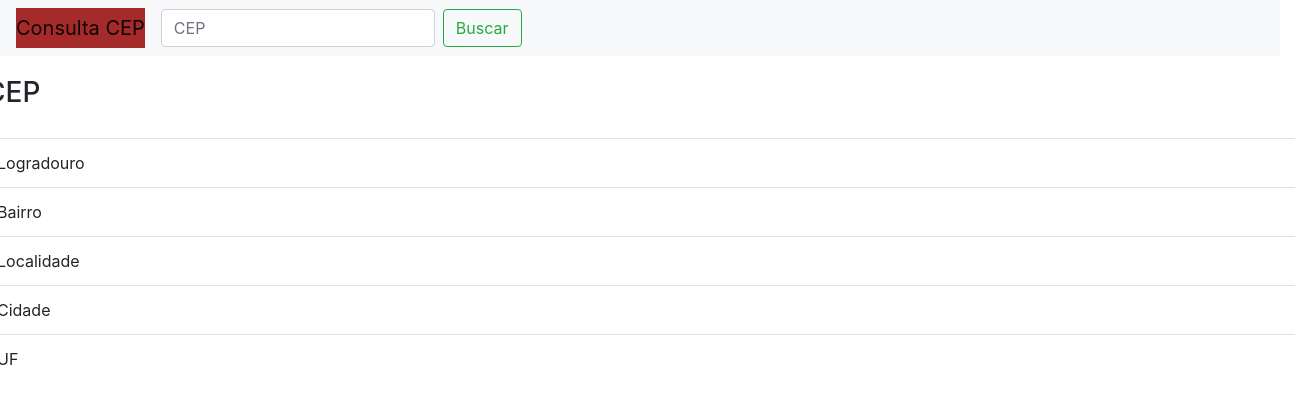
Repository: DaniloBaracho/jquery
Page: index.html
An editor plug-in stored every save of this project. The page is shown before and after the next save, followed by the edit.
The browser window is 1280 px wide. The page is 1295 px wide, so the pictures cover 1295 px, including what lies to the right of the window. The pictures show the whole page.

Above is the page before, as saved 2020-06-19 18:42:08.

### index.html
<!DOCTYPE html>
<html lang="pt-br">
    <head>
        <meta charset="utf-8"/>
        <title>
            Página AJAX
        </title>
        <script type="text/javascript" src="js/jquery-3.5.1.min.js"></script>
        <script type="text/javascript" src="js/main.js"></script>
        <link rel="stylesheet" type="text/css" href="bootstrap/css/bootstrap.min.css">
        <link rel="stylesheet" type="text/css" href="js/mystyle.css">
    </head>
    <body>
       <!---- <input id="cep">
        <button type="button" onclick="ConsultaCep()">Consultar cep</button>
        <p id="logradouro"></p>
        <p id="bairro"></p>
        <p id="uf"></p>
        <p id="localidade"></p>-->
        <nav class="navbar navbar-expand-lg navbar-light bg-light">
            <a class="text-custom navbar-brand">Consulta CEP</a>
              <div class="form-inline my-2 my-lg-0">
                <input class="form-control mr-sm-2" placeholder="CEP" type="search" id="cep2">
                <button class="btn btn-outline-success my-2 my-sm-0" onclick="ConsultaCep2()">Buscar</button>
              </div>

          </nav>
          <div class="orgtable" style="margin-top: 20px;">
              <div class="row">
                <h3>CEP</h3>
              </div>
              <div class="row" style="margin-top: 20px;">
                  <table class="table">
                    <tbody>
                        <tr>
                            <td>
                               Logradouro
                            </td>
                            <td id="logradouro">

                            </td>
                        </tr>
                        <tr>
                            <td>
                                Bairro
                            </td>
                            <td id="bairro">

                            </td>
                        </tr>
                        <tr>
                            <td>
                                Localidade
                            </td>
                            <td id="localidade">

                            </td>
                        </tr>
                        <tr>
                            <td>
                                Cidade
                            </td>
                            <td id="cidade">

                            </td>
                        </tr>
                        <tr>
                            <td>UF</td>
                            <td id="uf"></td>
                        </tr>

                    </tbody>
                  </table>
              </div>
          </div>
    </body>
</html>

### js/main.js
//alert("funcionou");
function ConsultaCep(){
    var cep= document.getElementById("cep").value
    $.ajax({
        url:"https://viacep.com.br/ws/"+cep+"/json/",
        type: "GET",
        success: function(response){
            console.log(response);
            //alert(response.logradouro);
            $("#logradouro").html(response.logradouro);
            //document.getElementById("logradouro").innerHTML = response.logradouro;
            document.getElementById("bairro").innerHTML = response.bairro;
            document.getElementById("uf").innerHTML = response.uf;
            document.getElementById("localidade").innerHTML = response.localidade;
        }
    })
}
function ConsultaCep2(){
    var cep2= document.getElementById("cep2").value
    $.ajax({
        url:"https://viacep.com.br/ws/"+cep2+"/json/",
        type: "GET",
        success: function(response){
            console.log(response);
            $("#logradouro").html(response.logradouro);
            $("#cidade").html(response.cidade);
            $("#uf").html(response.uf);
            $("#localidade").html(response.localidade);
            $("#bairro").html(response.bairro);
            //alert(response.logradouro);

            //document.getElementById("logradouro").innerHTML = response.logradouro;

        }
    })
}

### js/mystyle.css
.text-custom{
    text-decoration-color: red;
    background-color:brown;
}

Loaded but not shown: js/jquery-3.5.1.min.js (library); bootstrap/css/bootstrap.min.css (library)

After the next save:
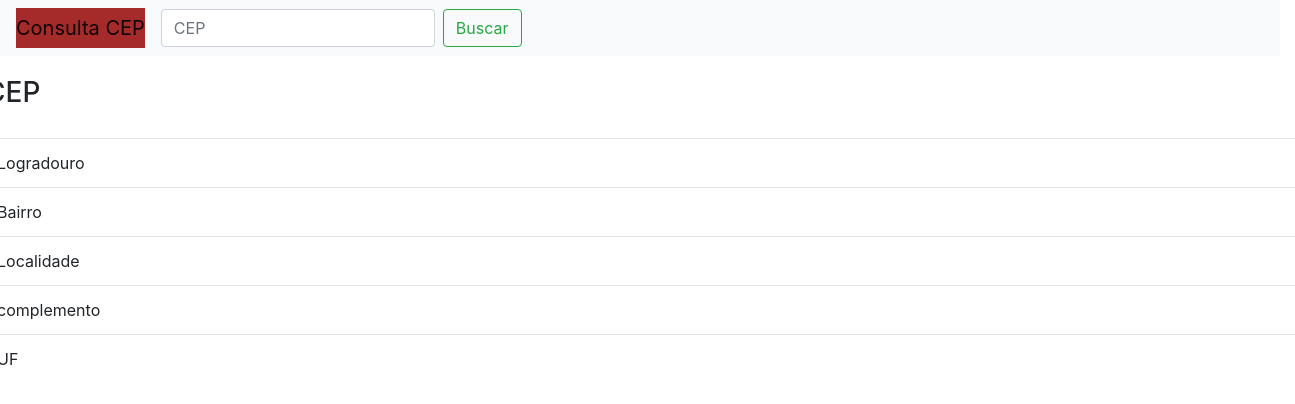
Saved 2 min 33 s later.
--- a/index.html
+++ b/index.html
@@ -58,9 +58,9 @@
                         </tr>
                         <tr>
                             <td>
-                                Cidade
+                                complemento
                             </td>
-                            <td id="cidade">
+                            <td id="complemento">
 
                             </td>
                         </tr>
--- a/js/main.js
+++ b/js/main.js
@@ -23,7 +23,7 @@ function ConsultaCep2(){
         success: function(response){
             console.log(response);
             $("#logradouro").html(response.logradouro);
-            $("#cidade").html(response.cidade);
+            $("#complemento").html(response.complemento);
             $("#uf").html(response.uf);
             $("#localidade").html(response.localidade);
             $("#bairro").html(response.bairro);
